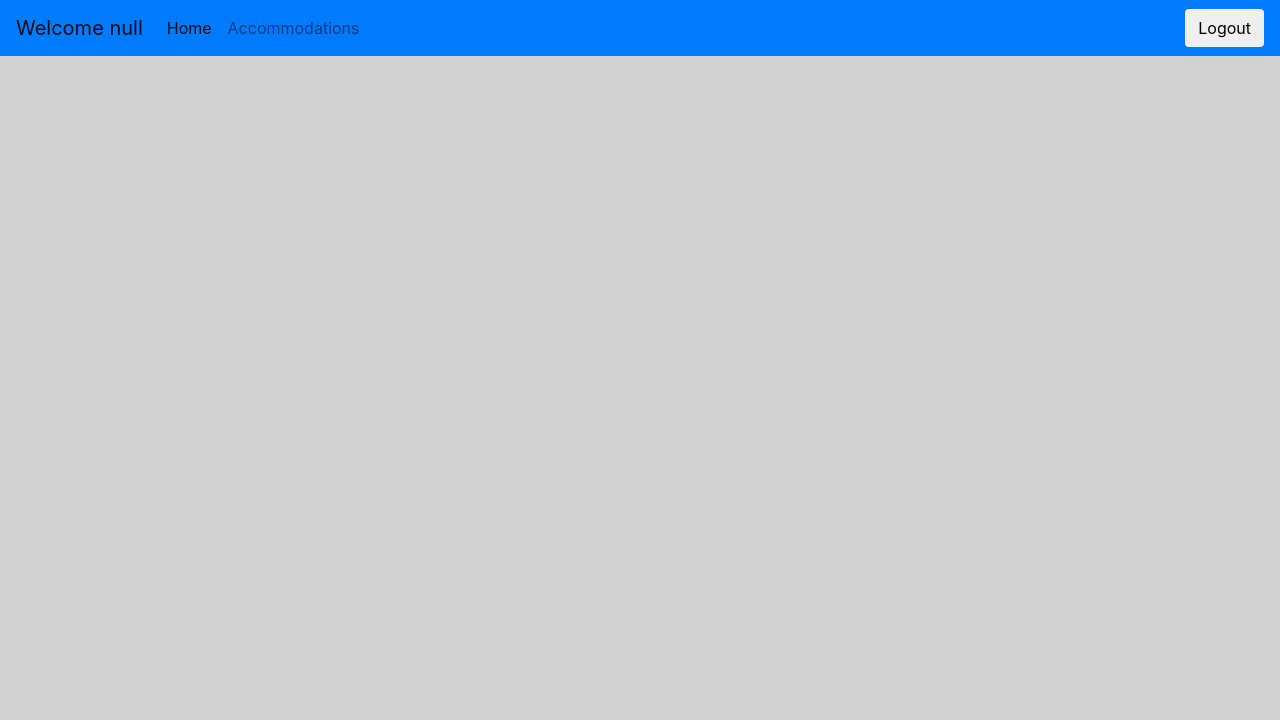
Repository: Bishodeep/AccommodationServlet
Page: http://localhost/AccomodationPortal/addaccommodation.jsp
An editor plug-in stored every save of this project. The page is shown before and after a run of saves, followed by the edit.
The browser window is 1280 px wide. The pictures show the whole page.
The page is served by Tomcat 9. Other server files are loaded and not shown.

Above is the page before, as saved 2020-04-14 01:59:39.

### AccomodationPortal/WebContent/addaccommodation.jsp
<%@ page language="java" contentType="text/html; charset=ISO-8859-1"
    pageEncoding="ISO-8859-1"%>
<!DOCTYPE html>
<html>
<head>
<meta charset="ISO-8859-1">
<title>Add Accommodation</title>
</head>
<body>
<%@include file='navbaradmin.jsp'%>
</body>
</html>

### AccomodationPortal/WebContent/navbaradmin.jsp
<%@ page language="java" contentType="text/html; charset=ISO-8859-1"
    pageEncoding="ISO-8859-1"%>
    <% HttpSession sessionad = request.getSession(false);
String user = (String) sessionad.getAttribute("username");
String rolename = (String) sessionad.getAttribute("rolename");
%>
<%@ taglib uri="http://java.sun.com/jsp/jstl/core" prefix="c"%>
<!DOCTYPE html>
<html>
<head>
<meta charset="ISO-8859-1">
<title>Accommodation Portal</title>
<link rel="stylesheet" href="https://maxcdn.bootstrapcdn.com/bootstrap/4.0.0/css/bootstrap.min.css" integrity="sha384-Gn5384xqQ1aoWXA+058RXPxPg6fy4IWvTNh0E263XmFcJlSAwiGgFAW/dAiS6JXm" crossorigin="anonymous">
<style>
body {
  background-color: lightgray;
}
.container{
padding-top: 10px;
}
.card{
padding-top: 5px;
}
.table{
padding-top: 5px;
}
</style>
</head>
<body>
<nav class="navbar navbar-expand-lg navbar-light bg-primary">
  <button class="navbar-toggler" type="button" data-toggle="collapse" data-target="#navbarTogglerDemo01" aria-controls="navbarTogglerDemo01" aria-expanded="false" aria-label="Toggle navigation">
    <span class="navbar-toggler-icon"></span>
  </button>
  <div class="collapse navbar-collapse" id="navbarTogglerDemo01">
    <a class="navbar-brand" href="#">Welcome <%=user %> </a>
    <ul class="navbar-nav mr-auto mt-2 mt-lg-0">
      <li class="nav-item active">
        <a class="nav-link" href="#">Home <span class="sr-only">(current)</span></a>
      </li>
      <li class="nav-item">
        <a class="nav-link" href="addaccommodations">Accommodations</a>
      </li>
    </ul>
   <form class="form-inline my-2 my-lg-0"  action="logout"  method="post">
      <button class="btn btn-outline-default my-2 my-sm-0" type="submit">Logout</button>
    </form>
  </div>
</nav>
</body>
<!-- <footer>
 <strong>Copyright &copy; 2020 <a href="http://adminlte.io">Mishal</a>.</strong>
    All rights reserved.
    <div class="float-right d-none d-sm-inline-block">
      <b>Version</b> 1.0.0
    </div>
</footer> -->
</html>

After the next 2 saves:
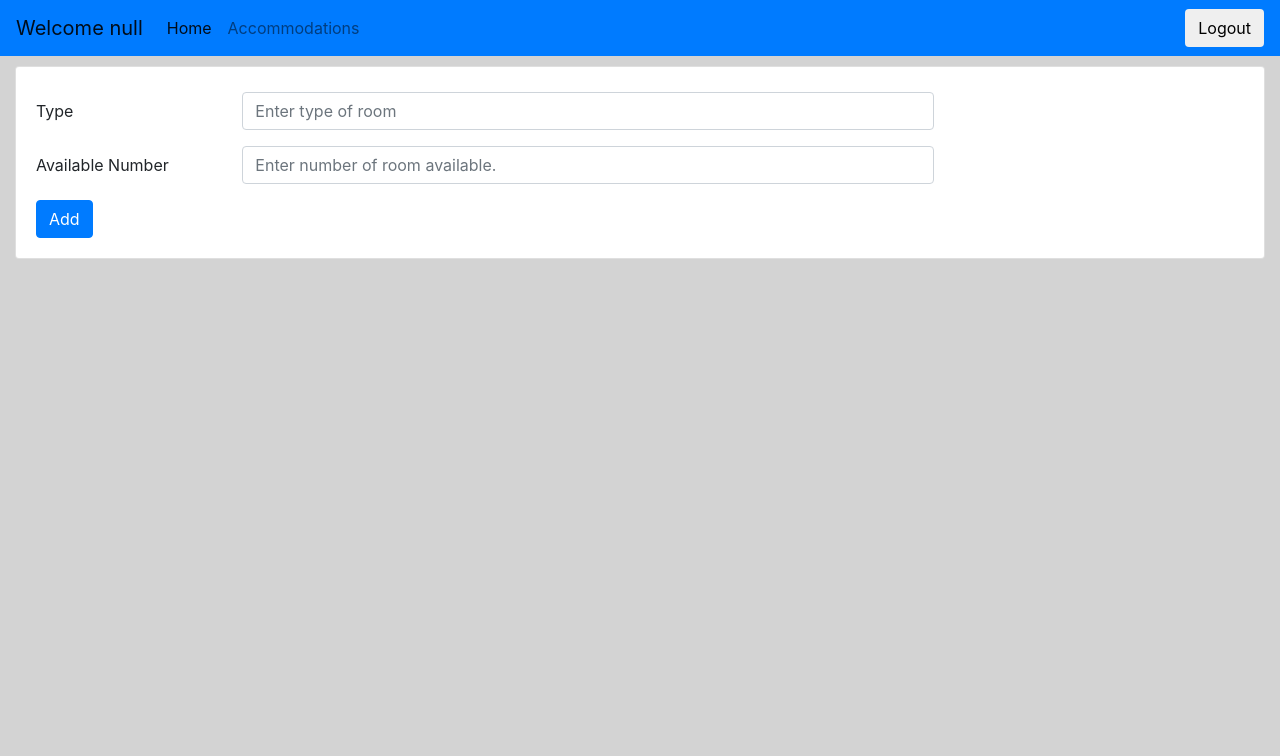
The 2 saves are shown as one change because they came seconds apart.
The last was saved 37 s later.
--- a/AccomodationPortal/WebContent/addaccommodation.jsp
+++ b/AccomodationPortal/WebContent/addaccommodation.jsp
@@ -1,5 +1,5 @@
 <%@ page language="java" contentType="text/html; charset=ISO-8859-1"
-    pageEncoding="ISO-8859-1"%>
+	pageEncoding="ISO-8859-1"%>
 <!DOCTYPE html>
 <html>
 <head>
@@ -7,6 +7,33 @@
 <title>Add Accommodation</title>
 </head>
 <body>
-<%@include file='navbaradmin.jsp'%>
+	<%@include file='navbaradmin.jsp'%>
+	<div class="col-md-12 container " style="height: 700px">
+		<div class="card">
+			<div class="card-body">
+				<form action="addaccommodationtype" method="post">
+					<div class="form-group row">
+						<label for="type" class="col-sm-2 col-form-label"> Type</label>
+						<div class="col-sm-7">
+							<input type="text" class="form-control" name="type"
+								placeholder="Enter type of room">
+						</div>
+					</div>
+
+					<div class="form-group row">
+						<label for="available" class="col-sm-2 col-form-label">
+							Available Number</label>
+						<div class="col-sm-7">
+							<input type="text" class="form-control" name="available"
+								placeholder="Enter number of room available.">
+						</div>
+					</div>
+
+					<button type="submit" class="btn btn-primary"
+						style="align-items: center;">Add</button>
+				</form>
+			</div>
+		</div>
+	</div>
 </body>
 </html>
